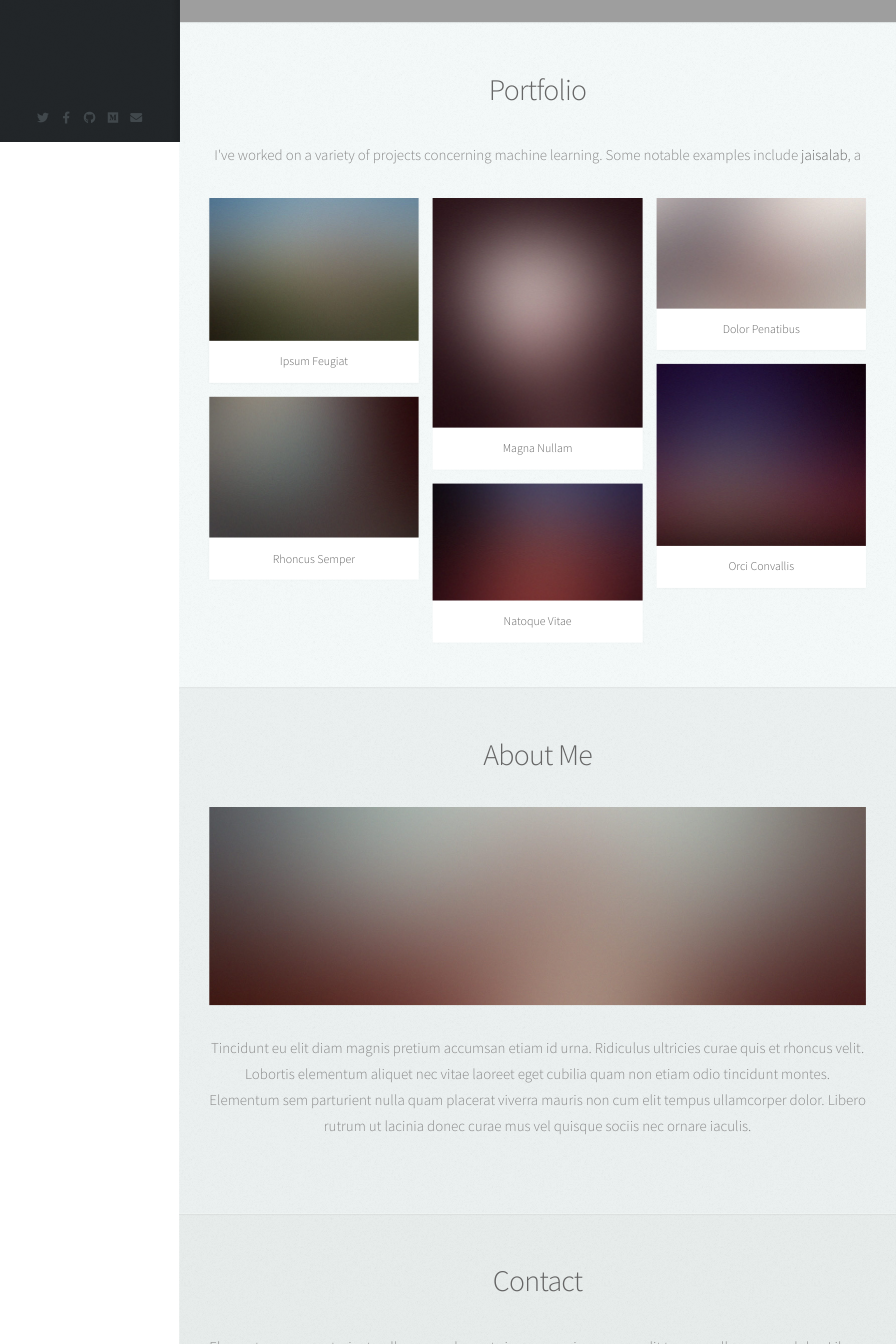
Repository: jaimesabalimperial/jaimesabalimperial.github.io
Page: index.html
These files come from the project's save history. The page is drawn as it stood at one moment and after a run of saves; the edit follows.
The browser window is 1280 px wide. The pictures show the part of the page from y = 517 to 2437 px (the page is 3266 px tall before and 3303 px after), at 70% of full size.
Pictures or frames that could not be fetched are drawn as grey boxes.

Above is the page before, as saved 2022-10-04 11:54:52.

### index.html
<!DOCTYPE HTML>
<!--
	Prologue by HTML5 UP
	html5up.net | @ajlkn
	Free for personal and commercial use under the CCA 3.0 license (html5up.net/license)
-->
<html>
	<head>
		<title>Prologue by HTML5 UP</title>
		<meta charset="utf-8" />
		<meta name="viewport" content="width=device-width, initial-scale=1, user-scalable=no" />
		<link rel="stylesheet" href="assets/css/main.css" />
	</head>
	<body class="is-preload">

		<!-- Header -->
			<div id="header">

				<div class="top">

					<!-- Logo -->
						<div id="logo">
							<span class="image avatar48"><img src="images/profile2.jpeg" alt="" /></span>
							<h1 id="title">Jaime Sabal Bermúdez</h1>
							<p>Machine Learning Engineer/Researcher</p>
						</div>

					<!-- Nav -->
						<nav id="nav">
							<ul>
								<li><a href="#top" id="top-link"><span class="icon solid fa-home">Intro</span></a></li>
								<li><a href="#portfolio" id="portfolio-link"><span class="icon solid fa-th">Portfolio</span></a></li>
								<li><a href="#about" id="about-link"><span class="icon solid fa-user">About Me</span></a></li>
								<li><a href="#contact" id="contact-link"><span class="icon solid fa-envelope">Contact</span></a></li>
							</ul>
						</nav>

				</div>

				<div class="bottom">

					<!-- Social Icons -->
						<ul class="icons">
							<li><a href="#" class="icon brands fa-twitter"><span class="label">Twitter</span></a></li>
							<li><a href="#" class="icon brands fa-facebook-f"><span class="label">Facebook</span></a></li>
							<li><a href="https://github.com/jaimesabalimperial" class="icon brands fa-github"><span class="label">Github</span></a></li>
							<li><a href="https://medium.com/@jsabalb" class="icon brands fa-medium"><span class="label">Medium</span></a></li>
							<li><a href="mailto: jsabalb@gmail.com" class="icon solid fa-envelope"><span class="label">Email</span></a></li>
						</ul>

				</div>

			</div>

		<!-- Main -->
			<div id="main">

				<!-- Intro -->
					<section id="top" class="one dark cover">
						<div class="container">

							<header>
								<h2 class="alt">Hi! I'm <strong>Jaime</strong>, an aspiring <br />
								researcher in machine learning</a>.</h2>
								<p>My interests specifically revolve around reinforcement learning <br />
								and robot learning and control (with focus on evolutionary algorithms).</p>
							</header>

							<footer>
								<a href="#about" class="button scrolly">About Me</a>
							</footer>

						</div>
					</section>

				<!-- Portfolio -->
					<section id="portfolio" class="two">
						<div class="container">

							<header>
								<h2>Portfolio</h2>
							</header>

							<p>I've worked on a variety of projects concerning machine learning. Some notable
							examples include <strong>jaisalab</strong>, a  </p>

							<div class="row">
								<div class="col-4 col-12-mobile">
									<article class="item">
										<a href="#" class="image fit"><img src="images/pic02.jpg" alt="" /></a>
										<header>
											<h3>Ipsum Feugiat</h3>
										</header>
									</article>
									<article class="item">
										<a href="#" class="image fit"><img src="images/pic03.jpg" alt="" /></a>
										<header>
											<h3>Rhoncus Semper</h3>
										</header>
									</article>
								</div>
								<div class="col-4 col-12-mobile">
									<article class="item">
										<a href="#" class="image fit"><img src="images/pic04.jpg" alt="" /></a>
										<header>
											<h3>Magna Nullam</h3>
										</header>
									</article>
									<article class="item">
										<a href="#" class="image fit"><img src="images/pic05.jpg" alt="" /></a>
										<header>
											<h3>Natoque Vitae</h3>
										</header>
									</article>
								</div>
								<div class="col-4 col-12-mobile">
									<article class="item">
										<a href="#" class="image fit"><img src="images/pic06.jpg" alt="" /></a>
										<header>
											<h3>Dolor Penatibus</h3>
										</header>
									</article>
									<article class="item">
										<a href="#" class="image fit"><img src="images/pic07.jpg" alt="" /></a>
										<header>
											<h3>Orci Convallis</h3>
										</header>
									</article>
								</div>
							</div>

						</div>
					</section>

				<!-- About Me -->
					<section id="about" class="three">
						<div class="container">

							<header>
								<h2>About Me</h2>
							</header>

							<a href="#" class="image featured"><img src="images/pic08.jpg" alt="" /></a>

							<p>Tincidunt eu elit diam magnis pretium accumsan etiam id urna. Ridiculus
							ultricies curae quis et rhoncus velit. Lobortis elementum aliquet nec vitae
							laoreet eget cubilia quam non etiam odio tincidunt montes. Elementum sem
							parturient nulla quam placerat viverra mauris non cum elit tempus ullamcorper
							dolor. Libero rutrum ut lacinia donec curae mus vel quisque sociis nec
							ornare iaculis.</p>

						</div>
					</section>

				<!-- Contact -->
					<section id="contact" class="four">
						<div class="container">

							<header>
								<h2>Contact</h2>
							</header>

							<p>Elementum sem parturient nulla quam placerat viverra
							mauris non cum elit tempus ullamcorper dolor. Libero rutrum ut lacinia
							donec curae mus. Eleifend id porttitor ac ultricies lobortis sem nunc
							orci ridiculus faucibus a consectetur. Porttitor curae mauris urna mi dolor.</p>

							<form method="post" action="#">
								<div class="row">
									<div class="col-6 col-12-mobile"><input type="text" name="name" placeholder="Name" /></div>
									<div class="col-6 col-12-mobile"><input type="text" name="email" placeholder="Email" /></div>
									<div class="col-12">
										<textarea name="message" placeholder="Message"></textarea>
									</div>
									<div class="col-12">
										<input type="submit" value="Send Message" />
									</div>
								</div>
							</form>

						</div>
					</section>

			</div>

		<!-- Footer -->
			<div id="footer">

				<!-- Copyright -->
					<ul class="copyright">
						<li>&copy; Untitled. All rights reserved.</li><li>Design: <a href="http://html5up.net">HTML5 UP</a></li>
					</ul>

			</div>

		<!-- Scripts -->
			<script src="assets/js/jquery.min.js"></script>
			<script src="assets/js/jquery.scrolly.min.js"></script>
			<script src="assets/js/jquery.scrollex.min.js"></script>
			<script src="assets/js/browser.min.js"></script>
			<script src="assets/js/breakpoints.min.js"></script>
			<script src="assets/js/util.js"></script>
			<script src="assets/js/main.js"></script>

	</body>
</html>

Loaded but not shown: assets/js/jquery.min.js (library); assets/js/jquery.scrolly.min.js (common file); assets/js/jquery.scrollex.min.js (common file); assets/js/browser.min.js (common file); assets/js/breakpoints.min.js (common file); assets/css/fontawesome-all.min.css (library); assets/js/util.js (587 lines, source omitted); assets/js/main.js (123 lines, source omitted); assets/css/main.css (2633 lines, source omitted)

After the next 3 saves:
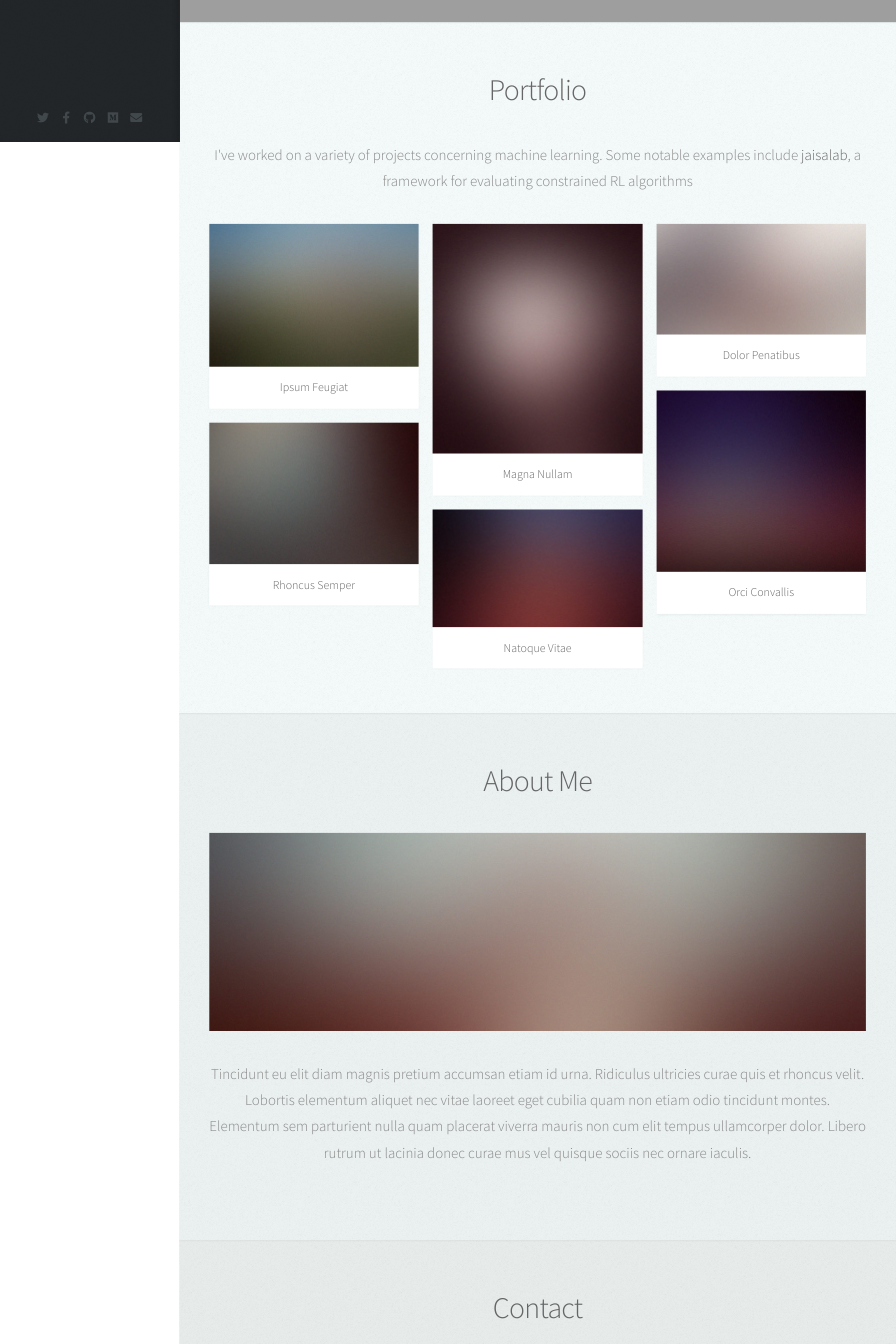
The 3 saves are shown as one change because they came seconds apart.
The last was saved 20 s later.
--- a/index.html
+++ b/index.html
@@ -82,7 +82,8 @@
 							</header>
 
 							<p>I've worked on a variety of projects concerning machine learning. Some notable
-							examples include <strong>jaisalab</strong>, a  </p>
+							examples include <strong>jaisalab</strong>, a framework for evaluating constrained RL
+						    algorithms </p>
 
 							<div class="row">
 								<div class="col-4 col-12-mobile">
